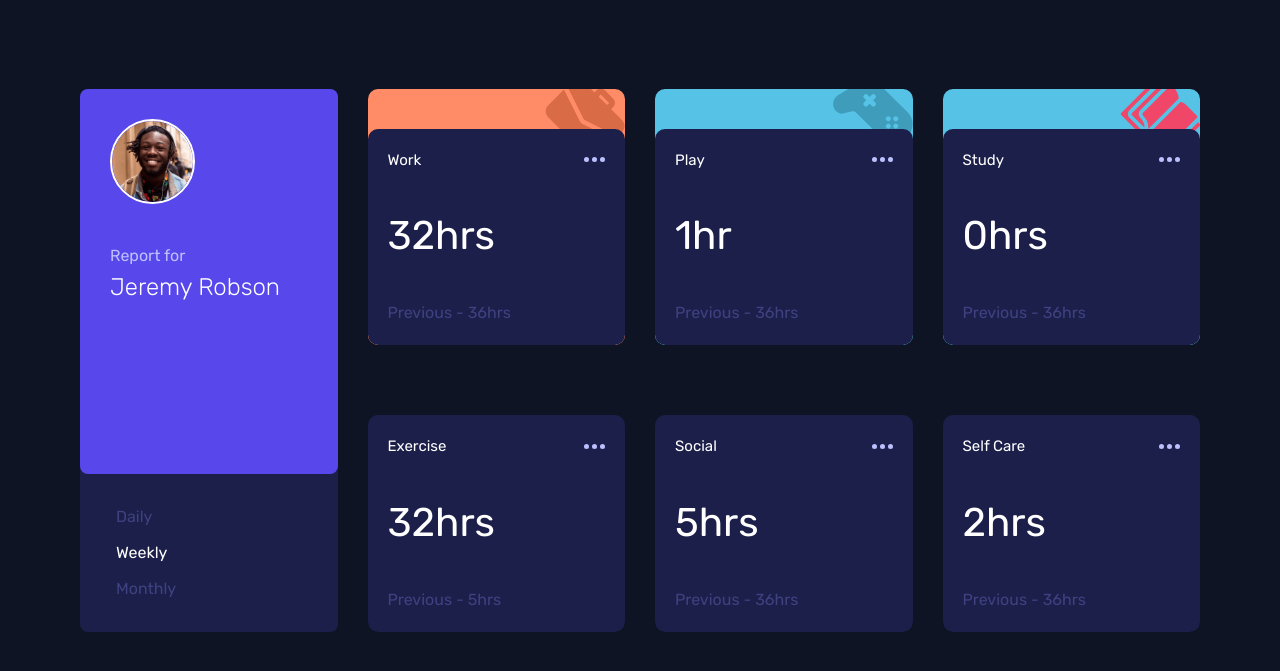
Repository: Akashiii1/WebTimeTracking_Day6
Page: index.html
These files come from the project's save history. The page is drawn as it stood at one moment and after the next save; the edit follows.
The browser window is 1280 px wide. The pictures show the whole page.

Above is the page before, as saved 2021-12-27 00:31:32.

After the next save:
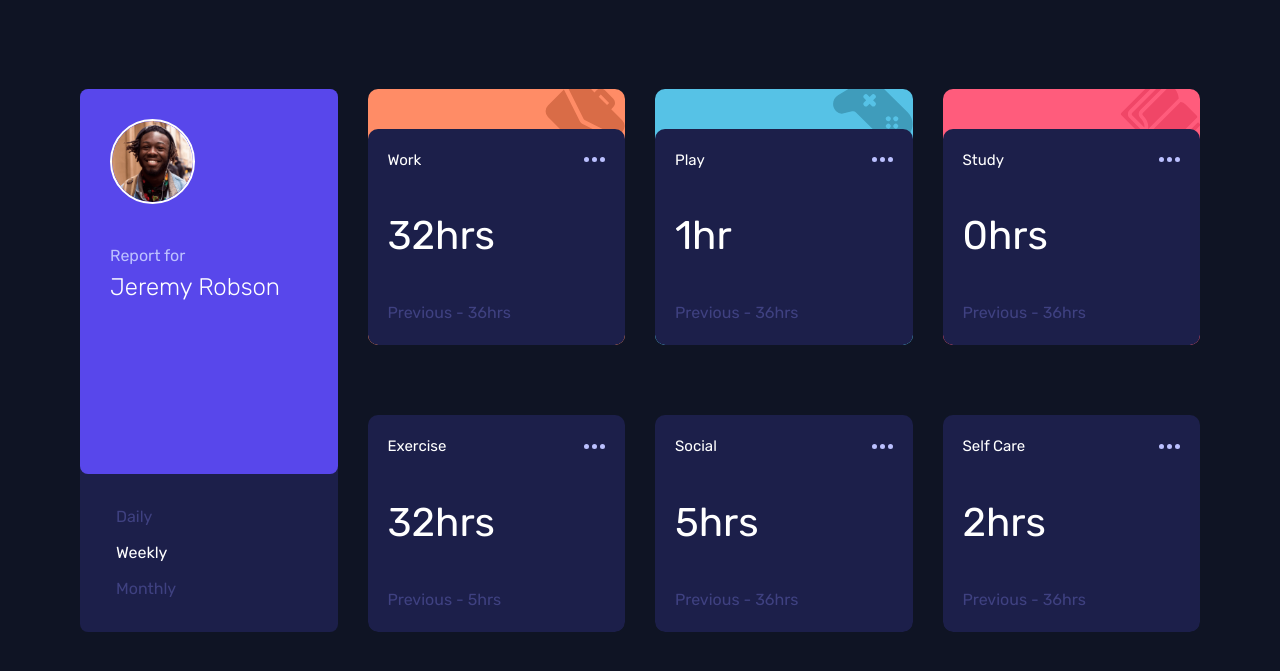
Saved 7 s later.
--- a/style.css
+++ b/style.css
@@ -157,7 +157,7 @@ button{
 
 }
 .study{
-  background: url(images/icon-study.svg) no-repeat top -10px right/ 80px 80px ,var(--Softblue);
+  background: url(images/icon-study.svg) no-repeat top -10px right/ 80px 80px ,var(--Lightred);
 }
 .heading{
   display: flex;
